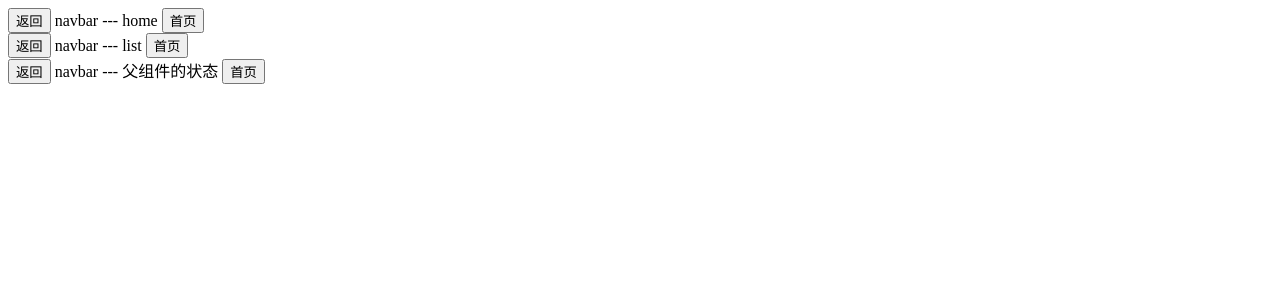
Repository: xiemin2161/mytest
Page: 02-1-组件父传子.html
These files come from the project's save history. The page is drawn as it stood at one moment and after the next save; the edit follows.
The browser window is 1280 px wide. The pictures show the whole page.

Above is the page before, as saved 2023-02-01 17:25:31.

After the next save:
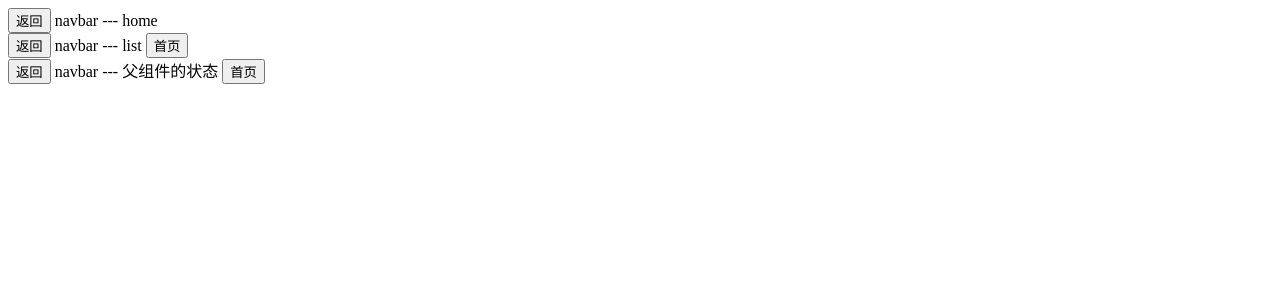
Saved 76 s later.
--- a/02-1-组件父传子.html
+++ b/02-1-组件父传子.html
@@ -16,9 +16,9 @@
   </head>
   <body>
     <div id="box">
-      <navbar myname="home" myshow="false"></navbar>
-      <navbar myname="list" myshow="true"></navbar>
-      <navbar :myname="parentname" myshow="true"></navbar>
+      <navbar myname="home" :myshow="false"></navbar>
+      <navbar myname="list" :myshow="true"></navbar>
+      <navbar :myname="parentname" :myshow="true"></navbar>
     </div>
 
     <script type="text/javascript">

After the 2 saves that followed:
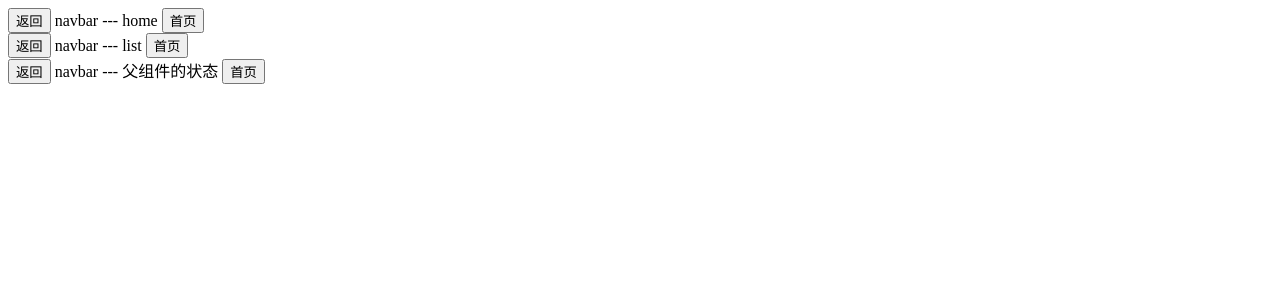
The 2 saves are shown as one change because 1 left the picture as it was.
The last was saved 2 min 45 s later.
--- a/02-1-组件父传子.html
+++ b/02-1-组件父传子.html
@@ -16,9 +16,9 @@
   </head>
   <body>
     <div id="box">
-      <navbar myname="home" :myshow="false"></navbar>
-      <navbar myname="list" :myshow="true"></navbar>
-      <navbar :myname="parentname" :myshow="true"></navbar>
+      <navbar myname="home" myshow="false"></navbar>
+      <navbar myname="list" myshow="true"></navbar>
+      <navbar :myname="parentname" myshow="true"></navbar>
     </div>
 
     <script type="text/javascript">
@@ -30,7 +30,11 @@
             <button v-show="myshow">首页</button>
           </div>
         `,
-        props: ["myname", "myshow"], //接收父组件传来的属性
+        // props: ["myname", "myshow"], //接收父组件传来的属性
+        props: {
+          myname: String,
+          myshow: Boolean,
+        },
       });
       new Vue({
         el: "#box",
